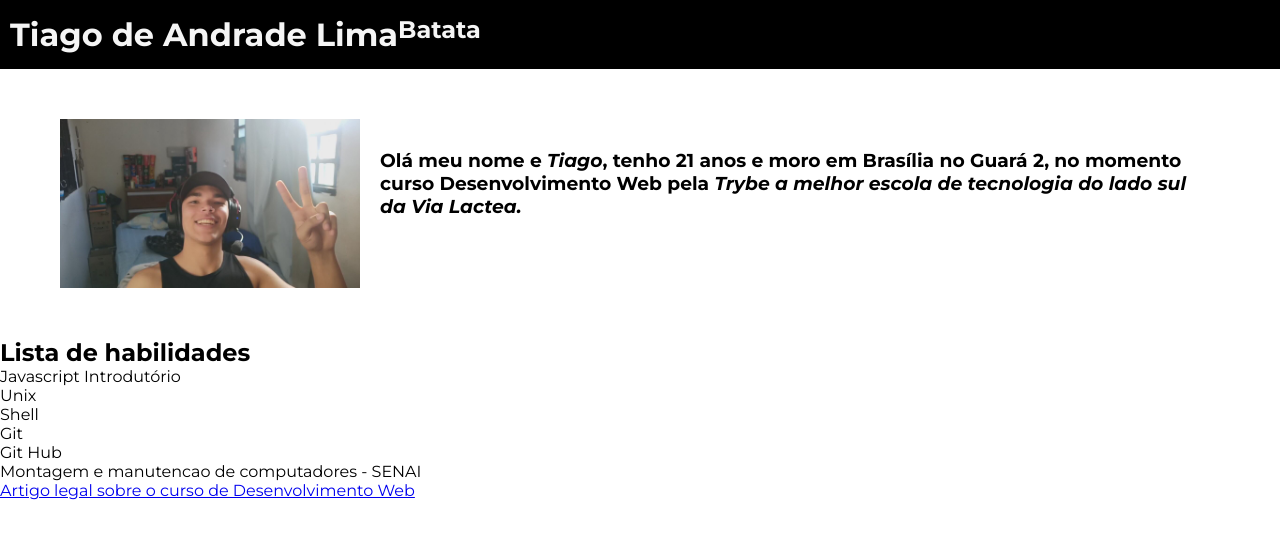
Repository: Batatiago/Batatiago.github.io
Page: index.html
An editor plug-in stored every save of this project. The page is shown before and after the next save, followed by the edit.
The browser window is 1280 px wide. The pictures show the whole page.

Above is the page before, as saved 2023-06-29 11:15:08.

After the next save:
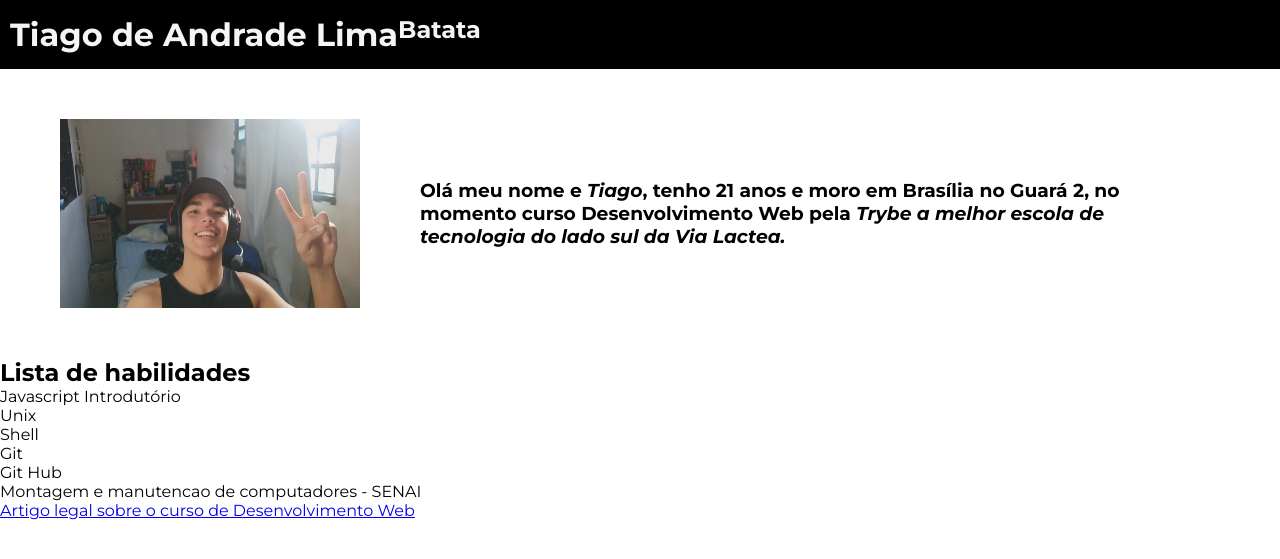
Saved 26 s later.
--- a/style.css
+++ b/style.css
@@ -33,5 +33,5 @@ header h2 {
     margin: 50px 60px ;
 }
 .resumo h3 {
-    padding: 30px 20px;
+    padding: 60px;
 }
